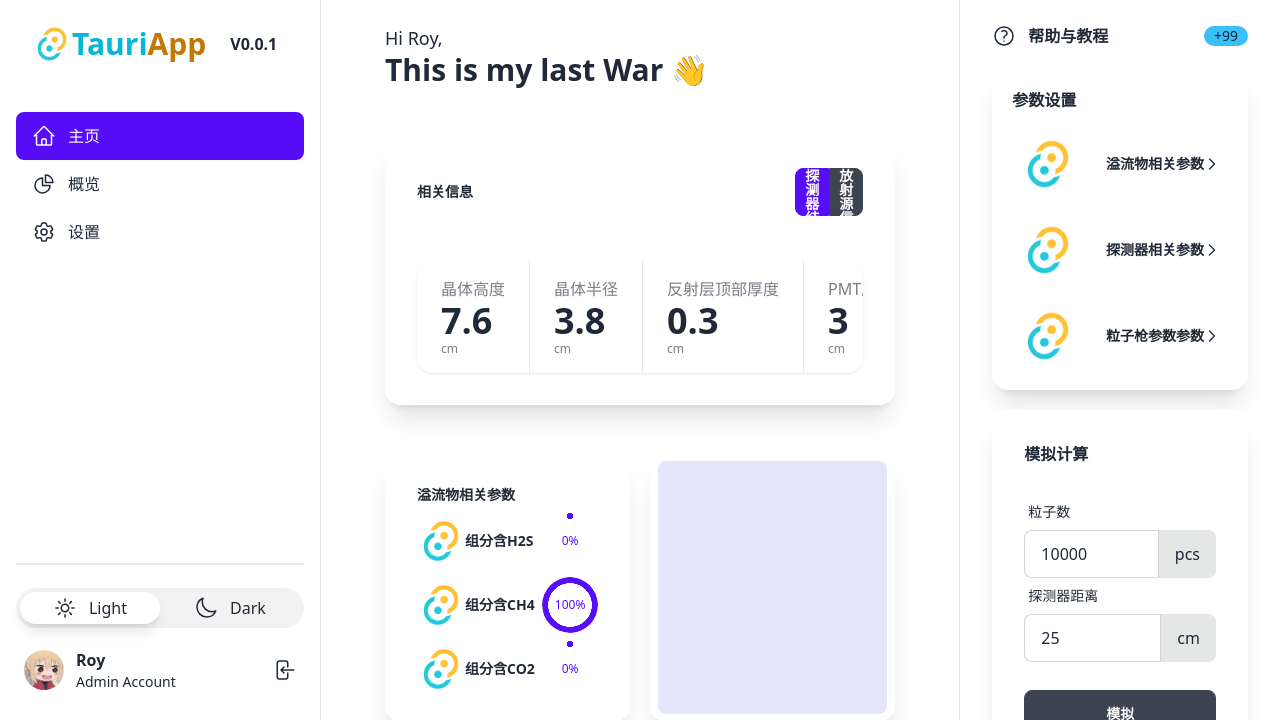
Repository: XMZOVO/tauri-geant4
Page: /
These files come from the project's save history. The page is drawn as it stood at one moment and after the next save; the edit follows.
The browser window is 1280 px wide. The pictures show the whole page.
The page's requests for data from a server got no answer. An inner scrolling area shows only its first screen. The project was rebuilt for these pictures with package versions that can differ from the ones it lists, and the page was loaded fresh each time. No one was signed in, and anything a server would have sent is missing. Also part of the build but not shown: vite.config.ts.

Above is the page before, as saved 2022-09-08 08:38:04.

### index.html
<!DOCTYPE html>
<html lang="en">
  <head>
    <meta charset="UTF-8" />
    <link rel="icon" type="image/svg+xml" href="/vite.svg" />
    <meta name="viewport" content="width=device-width, initial-scale=1.0" />
    <title>Tauri + Vue + TS</title>
  </head>

  <body>
    <div id="app"></div>
    <script type="module" src="/src/main.ts"></script>
    <script
      type="module"
      src="https://root.cern/js/latest/modules/main.mjs"
    ></script>
  </body>
</html>

### src/main.ts
import { createApp } from "vue";
import App from "./App.vue";
import "./index.css";
import { Router } from "./router";
import { createPinia } from "pinia";
import "flowbite";

const pinia = createPinia();

createApp(App).use(pinia).use(Router).mount("#app");

### src/router/index.ts
import { createRouter, createWebHistory } from "vue-router";

const routes = [
  {
    path: "",
    component: () => import("../components/MainWindow.vue"),
    children: [
      {
        path: "",
        component: () => import("../components/Home.vue"),
      },
      {
        path: "Setting",
        component: () => import("../components/Setting.vue"),
      },
      {
        path: "Overview",
        component: () => import("../components/Overview.vue"),
      },
    ],
  },
];

export const Router = createRouter({
  scrollBehavior: () => ({ left: 0, top: 0 }),
  history: createWebHistory(),
  routes,
});

### src/components/Home.vue
<script setup lang="ts" type="module">
import { ref } from "vue";
import { invoke } from "@tauri-apps/api/tauri";
import { useRouter, onBeforeRouteLeave, onBeforeRouteUpdate } from "vue-router";
import path from "path";
import { exit } from "@tauri-apps/api/process";
import { fetch } from "@tauri-apps/api/http";

const router = useRouter();
const greetMsg = ref("");
const name = ref("");
let specFile = ref("");
let JSRootPath = ref("/JsRoot720/");

let detectorSrc = ref(
  JSRootPath.value +
    "index.htm?nobrowser&file=http://localhost:8080/file/G4Backend/build/rootFiles/wtest.root&item=Default;1&opt=ssao;transp60"
);

const parametersNames = ref([
  { name: "探测器结构", checked: true },
  { name: "放射源信息", checked: false },
]);
const selectedName = ref("钻井液性能");
const detectorProperties = ref([
  { name: "晶体高度", value: 7.6, unit: "cm" },
  { name: "晶体半径", value: 3.8, unit: "cm" },
  { name: "反射层顶部厚度", value: "0.3", unit: "cm" },
  { name: "PMT厚度", value: 3, unit: "cm" },
]);
const radioactiveProperties = ref([
  { name: "放射性同位素", value: "Co60", unit: "" },
  { name: "粒子数", value: 1000, unit: "" },
  { name: "3", value: 20, unit: "" },
  { name: "4", value: 0.02, unit: "" },
  { name: "5", value: 10, unit: "" },
]);
const overflowParam = ref([
  { name: "组分含H2S", percent: 0 },
  { name: "组分含CH4", percent: 100 },
  { name: "组分含CO2", percent: 0 },
]);
const paticleParameters = ref([
  { name: "粒子数", value: 10000, unit: "pcs" },
  { name: "探测器距离", value: 25, unit: "cm" },
]);
const btnWait = ref("");

async function greet() {
  greetMsg.value = await invoke("greet", { name: name.value });
}

const parametersInfoChanged = (name: String) => {
  if (name == "探测器结构") {
    parametersNames.value[0].checked = true;
    parametersNames.value[1].checked = false;
  } else {
    parametersNames.value[0].checked = false;
    parametersNames.value[1].checked = true;
  }
};

const executeCalculate = async () => {
  if (paticleParameters.value[0].value > 10000000) {
    alert("粒子数过大");
    return;
  }
  btnWait.value = "loading";
  const response = await fetch("http://localhost:8080/g4", {
    method: "POST",
    query: {
      ch: detectorProperties.value[0].value.toString(),
      cr: detectorProperties.value[1].value.toString(),
      rtt: detectorProperties.value[2].value.toString(),
      num: paticleParameters.value[0].value.toString(),
    },
  }).then((res) => {
    btnWait.value = "";
    router.push({ path: "/Overview" });
  });
};

const refreshDetector = async () => {
  detectorSrc.value = " ";
  await fetch("http://localhost:8080/gdml", {
    method: "GET",
    query: {
      ch: detectorProperties.value[0].value.toString(),
      cr: detectorProperties.value[1].value.toString(),
      rtt: detectorProperties.value[2].value.toString(),
      pmt: detectorProperties.value[3].value.toString(),
    },
  }).then(() => {
    // let iframe: any = document.getElementById("iframe");
    // iframe.contentWindow.location.reload(true);
    detectorSrc.value =
      JSRootPath.value +
      "index.htm?nobrowser&file=http://localhost:8080/file/G4Backend/build/rootFiles/wtest.root&item=Default;1&opt=ssao;transp60";
  });
};

const exitApp = async () => {
  await exit(1);
};
</script>

<template>
  <!-- <div class="card">
    <input id="greet-input" v-model="name" placeholder="Enter a name..." />
    <button type="button" @click="greet()">Greet</button>
  </div>

  <p>{{ greetMsg }}</p> -->

  <div class="flex h-full w-full">
    <div class="w-2/3 space-y-12 border-r border-base-300 py-6 px-16">
      <div class="h-auto">
        <span class="block text-lg font-normal">Hi Roy,</span>
        <span class="block text-3xl font-bold"
          >This is my last War &#128075;</span
        >
      </div>
      <div class="card h-2/5 w-full shadow-xl">
        <div class="card-body justify-between">
          <div class="flex justify-between">
            <p class="card-title text-sm">相关信息</p>
            <!-- 选择框 -->
            <!-- <div class="form-control w-1/3 max-w-xs">
              <select
                class="select select-bordered focus:outline-none"
                @change="parametersInfoChanged($event)"
              >
                <option v-for="item in parametersNames">{{ item }}</option>
              </select>
            </div> -->
            <div class="btn-group">
              <input
                v-for="item in parametersNames"
                type="radio"
                name="options"
                :data-title="item.name"
                class="btn"
                :checked="item.checked"
                @change="parametersInfoChanged(item.name)"
              />
            </div>
          </div>
          <!-- 统计信息 -->
          <div
            class="stats stats-vertical overflow-hidden shadow lg:stats-horizontal"
          >
            <div
              class="stat"
              v-if="parametersNames[0].checked"
              v-for="item in detectorProperties"
            >
              <div class="stat-title">{{ item.name }}</div>
              <div class="stat-value">{{ item.value }}</div>
              <div class="stat-desc">{{ item.unit }}</div>
            </div>
            <div
              class="stat"
              v-if="parametersNames[1].checked"
              v-for="item in radioactiveProperties"
            >
              <div class="stat-title">{{ item.name }}</div>
              <div class="stat-value">{{ item.value }}</div>
              <div class="stat-desc">{{ item.unit }}</div>
            </div>
          </div>
        </div>
      </div>
      <!-- 底部双卡片 -->
      <div class="flex h-2/5 space-x-5">
        <!-- 1 -->
        <div class="card w-1/2 bg-base-100 shadow-xl">
          <div class="card-body">
            <p class="text-sm font-semibold">溢流物相关参数</p>
            <!-- item -->
            <div
              v-for="item in overflowParam"
              class="flex items-center justify-between"
            >
              <img src="../assets/icon.png" class="h-12 w-12" />
              <p class="text-sm font-semibold">{{ item.name }}</p>
              <div
                class="radial-progress text-xs text-primary"
                :style="
                  '--value: ' +
                  item.percent +
                  '; --size: 3.5rem; --thickness: 6px'
                "
              >
                {{ item.percent }}%
              </div>
            </div>
          </div>
        </div>
        <!-- 2 -->
        <div class="card w-1/2 bg-base-100 shadow-xl">
          <div class="card-body p-2">
            <iframe
              :src="detectorSrc"
              frameborder="0"
              class="h-full w-full rounded-lg"
            ></iframe>
          </div>
        </div>
      </div>
    </div>

    <!-- 右侧 -->
    <div class="w-1/3 flex-col space-y-5 px-8 pt-6">
      <!-- 帮助 -->
      <div class="flex items-center justify-between">
        <div class="flex items-center space-x-3">
          <svg
            xmlns="http://www.w3.org/2000/svg"
            fill="none"
            viewBox="0 0 24 24"
            stroke-width="1.5"
            stroke="currentColor"
            class="h-6 w-6"
          >
            <path
              stroke-linecap="round"
              stroke-linejoin="round"
              d="M9.879 7.519c1.171-1.025 3.071-1.025 4.242 0 1.172 1.025 1.172 2.687 0 3.712-.203.179-.43.326-.67.442-.745.361-1.45.999-1.45 1.827v.75M21 12a9 9 0 11-18 0 9 9 0 0118 0zm-9 5.25h.008v.008H12v-.008z"
            />
          </svg>
          <label class="font-bold">帮助与教程</label>
        </div>
        <div class="badge badge-info">+99</div>
      </div>
      <!-- 帮助 -->
      <!-- 卡1 -->
      <div class="flex space-x-5">
        <div class="card w-full overflow-visible bg-base-100 shadow-xl">
          <div class="card-body p-5">
            <div class="flex-col space-y-5">
              <p class="text-md font-bold">参数设置</p>

              <!-- 溢流物 -->
              <div class="dropdown-left dropdown w-full">
                <div
                  tabindex="0"
                  class="flex items-center justify-between rounded-xl px-2 py-1 duration-300 hover:cursor-pointer hover:bg-primary hover:text-base-100"
                >
                  <img src="../assets/icon.png" class="h-14 w-14 rounded-xl" />
                  <div class="flex items-center">
                    <p class="text-sm font-bold">溢流物相关参数</p>
                    <svg
                      xmlns="http://www.w3.org/2000/svg"
                      fill="none"
                      viewBox="0 0 24 24"
                      stroke-width="2"
                      stroke="currentColor"
                      class="h-4 w-4"
                    >
                      <path
                        stroke-linecap="round"
                        stroke-linejoin="round"
                        d="M8.25 4.5l7.5 7.5-7.5 7.5"
                      />
                    </svg>
                  </div>
                </div>
                <!-- 浮动窗口 -->
                <div
                  tabindex="0"
                  class="card dropdown-content rounded-box w-96 bg-base-100 shadow"
                >
                  <div class="card-body space-y-3">
                    <p class="font-bold">设置溢流物相关参数</p>
                    <div
                      v-for="item in overflowParam"
                      class="flex items-center justify-between"
                    >
                      <p>{{ item.name }}</p>
                      <p class="font-bold text-primary">{{ item.percent }}%</p>
                      <input
                        type="range"
                        min="0"
                        max="100"
                        v-model="item.percent"
                        class="range range-xs w-1/2"
                        step="1"
                      />
                    </div>
                  </div>
                </div>
              </div>
              <!-- 溢流物 -->
              <!-- 钻井液 -->
              <div class="dropdown-left dropdown w-full">
                <div
                  tabindex="0"
                  class="flex items-center justify-between rounded-xl px-2 py-1 duration-300 hover:cursor-pointer hover:bg-primary hover:text-base-100"
                >
                  <img src="../assets/icon.png" class="h-14 w-14 rounded-xl" />
                  <div class="flex items-center">
                    <p class="text-sm font-bold">探测器相关参数</p>
                    <svg
                      xmlns="http://www.w3.org/2000/svg"
                      fill="none"
                      viewBox="0 0 24 24"
                      stroke-width="2"
                      stroke="currentColor"
                      class="h-4 w-4"
                    >
                      <path
                        stroke-linecap="round"
                        stroke-linejoin="round"
                        d="M8.25 4.5l7.5 7.5-7.5 7.5"
                      />
                    </svg>
                  </div>
                </div>
                <!-- 浮动窗口 -->
                <div
                  tabindex="0"
                  class="card dropdown-content rounded-box w-96 bg-base-100 shadow"
                >
                  <div class="card-body space-y-1">
                    <div class="flex items-center">
                      <p class="font-bold">设置探测器参数</p>
                      <button class="btn btn-xs" @click="refreshDetector">
                        刷新探测器模型
                      </button>
                    </div>
                    <div
                      v-for="item in detectorProperties"
                      class="form-control"
                    >
                      <label class="label">
                        <span class="label-text">{{ item.name }}</span>
                      </label>
                      <label class="input-group">
                        <input
                          type="text"
                          v-model="item.value"
                          class="input input-bordered w-3/4 focus:outline-none"
                        />
                        <span class="w-1/4">{{ item.unit }}</span>
                      </label>
                    </div>
                  </div>
                </div>
              </div>
              <!-- 钻井液 -->
              <!-- 节流压 -->
              <div class="dropdown-left dropdown w-full">
                <div
                  tabindex="0"
                  class="flex items-center justify-between rounded-xl px-2 py-1 duration-300 hover:cursor-pointer hover:bg-primary hover:text-base-100"
                >
                  <img src="../assets/icon.png" class="h-14 w-14 rounded-xl" />
                  <div class="flex items-center">
                    <p class="text-sm font-bold">粒子枪参数参数</p>
                    <svg
                      xmlns="http://www.w3.org/2000/svg"
                      fill="none"
                      viewBox="0 0 24 24"
                      stroke-width="2"
                      stroke="currentColor"
                      class="h-4 w-4"
                    >
                      <path
                        stroke-linecap="round"
                        stroke-linejoin="round"
                        d="M8.25 4.5l7.5 7.5-7.5 7.5"
                      />
                    </svg>
                  </div>
                </div>
                <!-- 浮动窗口 -->
                <div
                  tabindex="0"
                  class="card dropdown-content rounded-box w-96 bg-base-100 shadow"
                >
                  <div class="card-body space-y-3">
                    <p class="font-bold">设置粒子枪参数</p>
                    <div
                      v-for="item in radioactiveProperties"
                      class="form-control"
                    >
                      <label class="label">
                        <span class="label-text">{{ item.name }}</span>
                      </label>
                      <label class="input-group">
                        <input
                          type="text"
                          v-model="item.value"
                          class="input input-bordered w-3/4 focus:outline-none"
                        />
                        <span class="w-1/4">{{ item.unit }}</span>
                      </label>
                    </div>
                  </div>
                </div>
              </div>
              <!-- 节流压 -->
            </div>
          </div>
        </div>
      </div>
      <!-- 卡2 -->
      <div class="flex space-x-5">
        <div class="card w-full bg-base-100 shadow-xl">
          <div class="card-body space-y-5">
            <p class="text-md font-bold">模拟计算</p>
            <div>
              <div v-for="item in paticleParameters" class="form-control">
                <label class="label">
                  <span class="label-text">{{ item.name }}</span>
                </label>
                <label class="input-group">
                  <input
                    type="text"
                    placeholder="0.01"
                    v-model="item.value"
                    class="input input-bordered w-full focus:outline-none"
                  />
                  <span>{{ item.unit }}</span>
                </label>
              </div>
            </div>
            <!-- 计算 -->
            <button :class="'btn w-full ' + btnWait" @click="executeCalculate">
              模拟
            </button>
          </div>
        </div>
      </div>
    </div>
  </div>
</template>

<style scoped></style>

### tailwind.config.cjs
/** @type {import('tailwindcss').Config} */
module.exports = {
  content: [
    "./index.html",
    "./src/**/*.{vue,js,ts,jsx,tsx}",
    "./node_modules/flowbite/**/*.js"
  ],
  theme: {
    extend: {},
  },
  plugins: [require("daisyui"),require('flowbite/plugin')],
}

Loaded but not shown: src/App.vue (common file); src/index.css (common file); public/JsRoot720/modules/d3.mjs (library); public/JsRoot720/modules/gui/HierarchyPainter.mjs (library); public/JsRoot720/modules/io.mjs (3859 lines, source omitted); public/JsRoot720/modules/gpad/TFramePainter.mjs (2781 lines, source omitted); public/JsRoot720/modules/gpad/TPadPainter.mjs (2078 lines, source omitted); public/JsRoot720/modules/gui/menu.mjs (1573 lines, source omitted); public/JsRoot720/modules/core.mjs (1681 lines, source omitted); public/JsRoot720/modules/gui/display.mjs (1711 lines, source omitted); public/JsRoot720/modules/base/ObjectPainter.mjs (1608 lines, source omitted); public/JsRoot720/modules/base/math.mjs (2061 lines, source omitted); public/JsRoot720/modules/gpad/TAxisPainter.mjs (1330 lines, source omitted); public/JsRoot720/modules/hist/TPavePainter.mjs (1257 lines, source omitted); public/JsRoot720/modules/base/latex.mjs (1324 lines, source omitted); public/JsRoot720/modules/draw.mjs (618 lines, source omitted); public/JsRoot720/modules/gui/utils.mjs (511 lines, source omitted); public/JsRoot720/modules/gpad/TCanvasPainter.mjs (756 lines, source omitted); public/JsRoot720/modules/base/BasePainter.mjs (670 lines, source omitted); public/JsRoot720/modules/base/TAttFillHandler.mjs (343 lines, source omitted); public/JsRoot720/modules/base/TAttMarkerHandler.mjs (292 lines, source omitted); public/JsRoot720/modules/gui.mjs (206 lines, source omitted); public/JsRoot720/modules/base/colors.mjs (172 lines, source omitted); public/JsRoot720/modules/base/TAttLineHandler.mjs (166 lines, source omitted); public/JsRoot720/modules/base/FontHandler.mjs (139 lines, source omitted); src/components/MainWindow.vue (246 lines, source omitted)

After the next save:
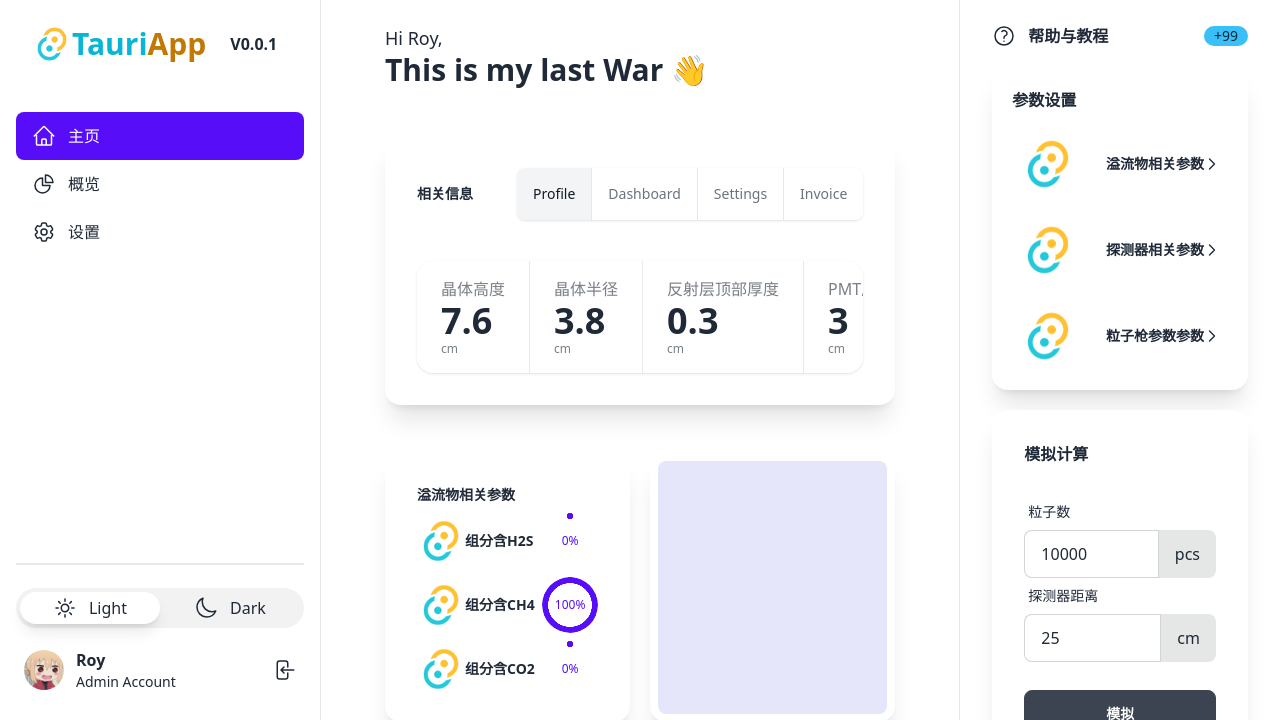
Saved 3 min 31 s later.
--- a/src/components/Home.vue
+++ b/src/components/Home.vue
@@ -124,16 +124,7 @@ const exitApp = async () => {
         <div class="card-body justify-between">
           <div class="flex justify-between">
             <p class="card-title text-sm">相关信息</p>
-            <!-- 选择框 -->
-            <!-- <div class="form-control w-1/3 max-w-xs">
-              <select
-                class="select select-bordered focus:outline-none"
-                @change="parametersInfoChanged($event)"
-              >
-                <option v-for="item in parametersNames">{{ item }}</option>
-              </select>
-            </div> -->
-            <div class="btn-group">
+            <!-- <div class="btn-group">
               <input
                 v-for="item in parametersNames"
                 type="radio"
@@ -143,7 +134,53 @@ const exitApp = async () => {
                 :checked="item.checked"
                 @change="parametersInfoChanged(item.name)"
               />
-            </div>
+            </div> -->
+
+            <div class="sm:hidden">
+              <label for="tabs" class="sr-only">Select your country</label>
+              <select
+                id="tabs"
+                class="block w-full rounded-lg border border-gray-300 bg-gray-50 p-2.5 text-gray-900 focus:border-blue-500 focus:ring-blue-500 dark:border-gray-600 dark:bg-gray-700 dark:text-white dark:placeholder-gray-400 dark:focus:border-blue-500 dark:focus:ring-blue-500 sm:text-sm"
+              >
+                <option>Profile</option>
+                <option>Canada</option>
+                <option>France</option>
+                <option>Germany</option>
+              </select>
+            </div>
+            <ul
+              class="hidden divide-x divide-gray-200 rounded-lg text-center text-sm font-medium text-gray-500 shadow dark:divide-gray-700 dark:text-gray-400 sm:flex"
+            >
+              <li class="w-full">
+                <a
+                  href="#"
+                  class="active inline-block w-full rounded-l-lg bg-gray-100 p-4 text-gray-900 focus:outline-none focus:ring-4 focus:ring-blue-300 dark:bg-gray-700 dark:text-white"
+                  aria-current="page"
+                  >Profile</a
+                >
+              </li>
+              <li class="w-full">
+                <a
+                  href="#"
+                  class="inline-block w-full bg-white p-4 hover:bg-gray-50 hover:text-gray-700 focus:outline-none focus:ring-4 focus:ring-blue-300 dark:bg-gray-800 dark:hover:bg-gray-700 dark:hover:text-white"
+                  >Dashboard</a
+                >
+              </li>
+              <li class="w-full">
+                <a
+                  href="#"
+                  class="inline-block w-full bg-white p-4 hover:bg-gray-50 hover:text-gray-700 focus:outline-none focus:ring-4 focus:ring-blue-300 dark:bg-gray-800 dark:hover:bg-gray-700 dark:hover:text-white"
+                  >Settings</a
+                >
+              </li>
+              <li class="w-full">
+                <a
+                  href="#"
+                  class="inline-block w-full rounded-r-lg bg-white p-4 hover:bg-gray-50 hover:text-gray-700 focus:outline-none focus:ring-4 focus:ring-blue-300 dark:bg-gray-800 dark:hover:bg-gray-700 dark:hover:text-white"
+                  >Invoice</a
+                >
+              </li>
+            </ul>
           </div>
           <!-- 统计信息 -->
           <div
